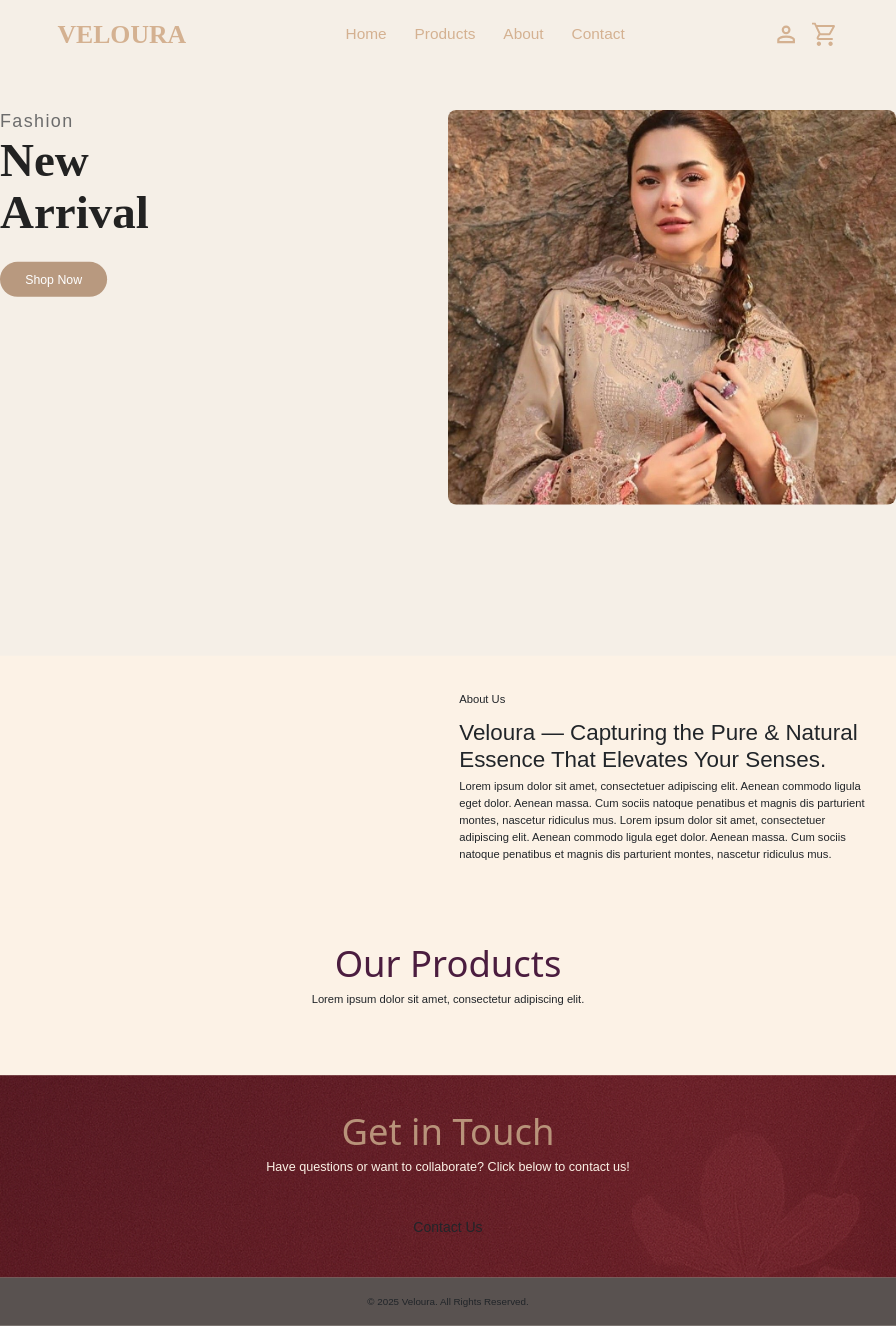
Repository: ayeshatehreem77/Clothing-store
Page: / (app in perfumes-app/)
These files come from the project's save history. The page is drawn as it stood at one moment and after the next save; the edit follows.
The browser window is 1280 px wide. The pictures show the whole page, at 70% of full size.
Pictures or frames that could not be fetched are drawn as grey boxes. The page's requests for data from a server got no answer. The project was rebuilt for these pictures with package versions that can differ from the ones it lists, and the page was loaded fresh each time. No one was signed in, and anything a server would have sent is missing. Also part of the build but not shown: perfumes-app/src/components/Alert.js.

Above is the page before, as saved 2025-10-28 23:31:09.

### perfumes-app/public/index.html
<!DOCTYPE html>
<html lang="en">
  <head>
    <meta charset="utf-8" />
    <link rel="icon" href="%PUBLIC_URL%/favicon.ico" />
    <meta name="viewport" content="width=device-width, initial-scale=1" />
    <meta name="theme-color" content="#000000" />
    <meta
      name="description"
      content="Web site created using create-react-app"
    />
    <link rel="apple-touch-icon" href="%PUBLIC_URL%/logo192.png" />
    <!--
      manifest.json provides metadata used when your web app is installed on a
      user's mobile device or desktop. See https://developers.google.com/web/fundamentals/web-app-manifest/
    -->
    <link rel="manifest" href="%PUBLIC_URL%/manifest.json" />
    <!--
      Notice the use of %PUBLIC_URL% in the tags above.
      It will be replaced with the URL of the `public` folder during the build.
      Only files inside the `public` folder can be referenced from the HTML.

      Unlike "/favicon.ico" or "favicon.ico", "%PUBLIC_URL%/favicon.ico" will
      work correctly both with client-side routing and a non-root public URL.
      Learn how to configure a non-root public URL by running `npm run build`.
    -->
    <title>Veloura</title>
  </head>
  <body>
    <noscript>You need to enable JavaScript to run this app.</noscript>
    <div id="root"></div>
    <!--
      This HTML file is a template.
      If you open it directly in the browser, you will see an empty page.

      You can add webfonts, meta tags, or analytics to this file.
      The build step will place the bundled scripts into the <body> tag.

      To begin the development, run `npm start` or `yarn start`.
      To create a production bundle, use `npm run build` or `yarn build`.
    -->
  </body>
</html>

### perfumes-app/src/index.js
import React from 'react';
import ReactDOM from 'react-dom/client';
import './index.css';
import 'bootstrap/dist/css/bootstrap.min.css';
import 'bootstrap/dist/js/bootstrap.bundle.min.js';
import App from './App';
import reportWebVitals from './reportWebVitals';
import { AuthProvider } from './context/AuthContext';

const root = ReactDOM.createRoot(document.getElementById('root'));
root.render(
  <React.StrictMode>
    <AuthProvider>
    <App />
    </AuthProvider>
  </React.StrictMode>
);

// If you want to start measuring performance in your app, pass a function
// to log results (for example: reportWebVitals(console.log))
// or send to an analytics endpoint. Learn more: https://bit.ly/CRA-vitals
reportWebVitals();

### perfumes-app/src/context/AuthContext.js
// src/context/AuthContext.js
import React, { createContext, useState, useEffect } from "react";
import axios from "axios";

export const AuthContext = createContext();

export const AuthProvider = ({ children }) => {
  const [user, setUser] = useState(null);

  // ✅ Fetch user details from backend using token
  const fetchUser = async () => {
    const token = localStorage.getItem("token");
    if (!token) return;

    try {
      const res = await axios.get("http://localhost:4000/auth/user", {
        headers: { Authorization: `Bearer ${token}` },
      });
      setUser(res.data); // { userId, email, role }
    } catch (err) {
      console.error("Failed to fetch user:", err);
      localStorage.removeItem("token");
      setUser(null);
    }
  };

  // ✅ Auto-fetch user on first render (if token exists)
  useEffect(() => {
    fetchUser();
  }, []);

  // ✅ Handle login
  const login = async (email, password) => {
    try {
      const res = await axios.post("http://localhost:4000/auth/login", {
        email,
        password,
      });

      // backend returns { authToken: "..." }
      const token = res.data.authToken;
      if (!token) throw new Error("No token returned");

      localStorage.setItem("token", token);
      await fetchUser(); // instantly update user

      return true; // success
    } catch (err) {
      console.error("Login error:", err.response?.data || err.message);
      throw err.response?.data?.message || "Login failed";
    }
  };

  // ✅ Handle logout
  const logout = () => {
    localStorage.removeItem("token");
    setUser(null);
  };

  return (
    <AuthContext.Provider value={{ user, login, logout, fetchUser }}>
      {children}
    </AuthContext.Provider>
  );
};

### perfumes-app/src/App.css
body {
  font-family: 'Poppins', sans-serif;
  background-color: #FCF2E6;
}

html {
  scroll-behavior: smooth;
}


.veloura-logo {
  font-family: 'Playfair Display', serif;
  font-size: 2.3rem;
  color: #D4B191 !important;
}

.navbar {
  background: transparent !important;
}

button.navbar-toggler {
  border: none !important;
}

.navbar-toggler-icon {
  background-image: url("data:[embedded picture, 222 characters]");
}



.nav-link {
  color: #D4B191 !important;
  font-size: 22px;
}

.hero-section {
  background-color: #f5efe7;
  min-height: 100vh;
  display: flex;
  flex-direction: column;
  font-family: "Poppins", sans-serif;
}

/* =============== HERO LAYOUT =============== */
.hero-layout {
 display: flex;
    justify-content: center;
    align-items: flex-start;
    width: 100%;
    max-width: 1400px;
    height: 100vh;
    margin: 60px 0;

}

/* ---------- Left Section ---------- */
.hero-left {
  flex: 1;
  position: relative;
}

.main-image {
  width: 100%;
  height: 564px;
  border-radius: 12px;
  overflow: hidden; /* ✅ ensures image stays inside box */
  position: relative;
  background-color: #93c5fd;
}

/* Make image fill box properly */
.main-image img {
  width: 100%;
  height: 100%;
  object-fit: cover; /* ✅ maintains aspect ratio without stretching */
  object-position: center;
  display: block;
}


.side-handle {
  position: absolute;
  left: -50px;
  bottom: 50%;
  transform: rotate(-90deg);
  font-size: 14px;
  color: #555;
  letter-spacing: 2px;
}

/* ---------- Right Section ---------- */
.hero-right {
  flex: 1;
  display: flex;
  flex-direction: column;
  justify-content: space-between;
  gap: 2rem;
}

/* Text Area */
.hero-text h2 {
  font-size: 1.6rem;
  color: #6c6c6c;
  margin-bottom: 5px;
  letter-spacing: 2px;
}

.hero-text h1 {
  font-family: "Playfair Display", serif;
  font-size: 4.2rem;
  font-weight: 700;
  color: #222;
  line-height: 1.1;
}

.shop-btn {
  background-color: #b8997f;
  color: white;
  border: none;
  padding: 12px 36px;
  border-radius: 40px;
  font-size: 1.1rem;
  margin-top: 25px;
  cursor: pointer;
  transition: background-color 0.3s ease;
}

.shop-btn:hover {
  background-color: #a3846d;
}

/* Small Image Grid */
.image-grid {
  display: grid;
  grid-template-columns: repeat(2, 1fr);
  gap: 20px;
}

.small-box {
  height: 200px;
  background-color: #93c5fd;
  border-radius: 12px;
}

/* =============== RESPONSIVE DESIGN =============== */
@media (max-width: 992px) {
  .hero-layout {
    flex-direction: column;
    text-align: center;
  }

  .side-handle {
    display: none;
  }

  .hero-text h1 {
    font-size: 3rem;
  }

  .main-image {
    height: 400px;
  }
}


.products-section h2 {
  font-family: "Libertinus Serif Display", system-ui;
  font-weight: 400;
  font-style: normal;
  font-size: 52px;
  color: #4B1D3F;
}

.product-card {
  transition: all 0.3s ease-in-out;
  border-radius: 10px;
  background: transparent;
}

.card-img {
  border-radius: 10px;
  /* background: #FCF2E6; */
  background: #4B1D3F;
}

.product-card:hover {
  transform: translateY(-5px);
}

.card-text,
.card-title {
  font-size: 23px;
  color: #4B1D3F;
}

/* about us */

.aboutus {
  display: grid;
  grid-template-columns: 1fr 1fr;
  gap: 2rem;
  align-items: center;
  padding: 2rem;
  background: #FCF2E6;
}

.right-section video {
  width: 70%;
  max-height: 80vh;
  height: 100%;
  object-fit: cover;
  display: block;
}

/* product details */


.modal-header p {
  font-size: 14px;
  color: #451b277a;
}

.product-img {
  width: 100%;
  border-radius: 10px;
}

.product-title {
  font-family: "Libertinus Serif Display", system-ui;
  font-weight: 400;
  font-style: normal;
  font-size: 36px;
  color: #4B1D3F;
}



.modal-content {
  background: #FCF2E6 !important;
  margin: auto !important;
  height: 98vh;
  overflow: hidden;
}

.breadcrumb-item a {
  text-decoration: none !important;
  color: black !important;
}

.modal-dialog {
  max-width: 900px;
  display: flex;
  align-items: center;
  justify-content: center;
  min-height: calc(100vh - 2rem); /* keeps it centered */
}

/* Optional - pretty scrollbar inside modal */
.modal-content::-webkit-scrollbar {
  width: 8px;
}
.modal-content::-webkit-scrollbar-thumb {
  background: #d4b191;
  border-radius: 10px;
}
.modal-content::-webkit-scrollbar-thumb:hover {
  background: #b8937a;
}

.modal-body {
  padding: 2rem !important;
}

.gender,
.concentration {
  background-color: #D4B191;
  border-radius: 21%;
  padding: 6px 11px;
  margin-bottom: 5px;
}

.add-cart-btn {
  margin-top: 1rem;
  background-color: #D4B191;
  padding: 10px 25px;
  color: #451B27;
  font-weight: 600;
}

.product-detail {
  margin-top: 0;
  margin-bottom: 1rem;
  font-size: 13px;
  color: #8b745e;
}

.btn-close:focus {
  box-shadow: none !important;
  outline: none !important;
}

/* contact us */

.contact-us {
  background-image: url("Assets/contactus2-bg.png");
  background-position: center;
  background-repeat: no-repeat;
  background-size: cover;
}

.contact-section h2 {
  font-family: "Libertinus Serif Display", system-ui;
  font-weight: 400;
  font-style: normal;
  font-size: 52px;
  color: #b8937a;
  text-align: center;
}

.contact-section p {
  font-size: 18px;
  color: #FCF2E6;
  /* accent purple */
  margin-bottom: 3rem;
  text-align: center;
}

.contact-form {
  max-width: 600px;
  margin: 0 auto;
  display: grid;
  gap: 1.5rem;
}

.contact-form input,
.contact-form textarea {
  padding: 1rem 1.2rem;
  border: 2px solid #D4B191;
  /* brand pink/gold */
  border-radius: 10px;
  font-size: 16px;
  width: 100%;
  outline: none;
  transition: border 0.3s, box-shadow 0.3s;
}

.contact-form input:focus,
.contact-form textarea:focus {
  border-color: #5E1E27;
  /* pink highlight */
  box-shadow: 0 0 10px rgba(252, 65, 90, 0.2);
}

.contact-form button {
  background-color: #D4B191;
  color: #451B27;
  padding: 1rem 2.5rem;
  font-size: 18px;
  font-weight: 600;
  border: none;
  border-radius: 10px;
  cursor: pointer;
  transition: transform 0.3s, background 0.3s;
}

.contact-form button:hover {
  background-color: #5E1E27;
  color: #fff;
  transform: scale(1.05);
}

/* Responsive */
@media (max-width: 768px) {
  .contact-form {
    gap: 1rem;
  }

  .contact-section h2 {
    font-size: 36px;
  }

  .contact-section p {
    font-size: 16px;
  }
}

/* Copyright */

footer {
  position: relative;
  bottom: 0;
  width: 100%;
  background-color: #0b0708ac;
}

/* login modal */

.auth-modal-content {
  background-color: #fdf7f2 !important;
  border-radius: 16px;
  border: none;
  box-shadow: 0 4px 20px rgba(0, 0, 0, 0.1);
  height: 90vh !important;
  width: 70%;
}

.auth-title {
  color: #4c0d23;
  font-weight: 700;
}

.auth-login-btn {
  background-color: #4c0d23;
  color: #fff;
  border-radius: 12px;
  transition: background-color 0.3s ease;
}

.auth-login-btn:hover {
  background-color: #300818;
}

.auth-signup-btn {
  border: 2px solid #b8860b;
  color: #b8860b;
  border-radius: 12px;
  background-color: transparent;
  transition: all 0.3s ease;
}

.auth-signup-btn:hover {
  background-color: #b8860b;
  color: #fff;
}

.auth-forgot-link {
  color: #4c0d23;
  text-decoration: none;
  font-weight: 500;
}

.auth-forgot-link:hover {
  text-decoration: underline;
}

.authfade-enter {
  opacity: 0;
  transform: translateY(10px);
}
.authfade-enter-active {
  opacity: 1;
  transform: translateY(0);
  transition: opacity 300ms ease, transform 300ms ease;
}
.authfade-exit {
  opacity: 1;
  transform: translateY(0);
}
.authfade-exit-active {
  opacity: 0;
  transform: translateY(-10px);
  transition: opacity 300ms ease, transform 300ms ease;
}

### perfumes-app/src/components/Aboutus.js
import React, { useEffect, useRef } from 'react';

function Aboutus() {
  const videoRef = useRef(null);

  useEffect(() => {
    if (videoRef.current) {
      const playPromise = videoRef.current.play();
      if (playPromise !== undefined) {
        playPromise.catch((error) => {
          console.log("Autoplay prevented:", error);
        });
      }
    }
  }, []);

  return (
    <div id='about' className="aboutus" style={{  }}>
      <div className="right-section">
        <video
          ref={videoRef}
          autoPlay
          muted
          loop
          playsInline
          style={{ width: "100%", height: "auto", borderRadius: "12px", objectFit: "cover" }}
        >
          <source src="/assets/aboutusvideo.mp4" type="video/mp4" />
          Your browser does not support the video tag.
        </video>
      </div>
      <div className="left-section">
        <p>About Us</p>
        <h2>
          Veloura — Capturing the Pure & Natural Essence That Elevates Your Senses.
        </h2>
        <p>Lorem ipsum dolor sit amet, consectetuer adipiscing elit. Aenean commodo ligula eget dolor. Aenean massa. Cum sociis natoque penatibus et magnis dis parturient montes, nascetur ridiculus mus. Lorem ipsum dolor sit amet, consectetuer adipiscing elit. Aenean commodo ligula eget dolor. Aenean massa. Cum sociis natoque penatibus et magnis dis parturient montes, nascetur ridiculus mus. </p>
      </div>
    </div>
  );
}

export default Aboutus;

### perfumes-app/src/components/ContactForm.js
import React from 'react'

function ContactForm() {
  return (
    <div className='contact-us align-center text-center'>
        <div className='contact-section pt-5'>
      <h2>
        Get in Touch
      </h2>
      <p>
        Have questions or want to collaborate? Click below to contact us!
      </p>
        </div>
      <button
        type="button"
        className="btn btn-lg shopnow-btn mb-5 mt-0"
        data-bs-toggle="modal"
        data-bs-target="#contactModal"
      >
        Contact Us
      </button>
    </div>
  )
}

export default ContactForm

### perfumes-app/src/components/Footer.js
import React from "react";

function Footer() {
  const year = new Date().getFullYear();

  return (
    <footer
      className="text-center py-4"
    >
      <p style={{ margin: 0, fontSize: "14px" }}>
        &copy; {year} Veloura. All Rights Reserved.
      </p>
    </footer>
  );
}

export default Footer;

### perfumes-app/src/components/Hero.js
import React from "react";
import Navbar from "./Navbar";

function Hero() {
  return (
    <div className="hero-section">
      <Navbar />

      <div className="hero-layout">
        {/* Left Main Image Box */}
        <div className="hero-left">
          <div className="hero-text">
            <h2>Fashion</h2>
            <h1>
              New <br /> Arrival
            </h1>
            <button className="shop-btn">Shop Now</button>
          </div>
        </div>

        {/* Right Side Content */}
        <div className="hero-right">
          <div className="main-image">
            <img src="assets/hero-img1.jpg" alt="" />
          </div>
        </div>
      </div>
    </div>
  );
}

export default Hero;

### perfumes-app/src/components/Products.js
import React, { useEffect, useState } from "react";

function Products({ setSelectedProduct }) {
  const [products, setProducts] = useState([]);
  const [loading, setLoading] = useState(true);

  useEffect(() => {
    const fetchProducts = async () => {
      try {
        const res = await fetch("http://localhost:4000/products");
        const data = await res.json();
        setProducts(data.data || data);
      } catch (error) {
        console.error("Failed to fetch products:", error);
      } finally {
        setLoading(false);
      }
    };

    fetchProducts();
  }, []);

  if (loading) return <p className="text-center">Loading products...</p>;

  return (
    <div id="products" className="products-section py-5">
      <div className="container w-75">
        <div className="product-text text-center mb-5">
          <h2>Our Products</h2>
          <p className="mx-5 mb-5">
            Lorem ipsum dolor sit amet, consectetur adipiscing elit.
          </p>
        </div>

        <div className="row">
          {products.map((product) => (
            <div className="col-md-4 mb-4" key={product._id}>
              <div
                className="card border-0 product-card h-100"
                data-bs-toggle="modal"
                data-bs-target="#productsDetails"
                onClick={() => setSelectedProduct(product)}
              >
                <img
                  src={`http://localhost:4000${product.images?.[0]?.url}`}
                  className="card-img card-img-top"
                  alt={product.name}
                />
                <div className="card-body text-center">
                  <h5 className="card-title">{product.name}</h5>
                  <p className="card-text">${product.price}</p>
                </div>
              </div>
            </div>
          ))}
        </div>
      </div>
    </div>
  );
}

export default Products;

### perfumes-app/src/components/Navbar.js
import React, { useContext } from "react";
import { AuthContext } from "../context/AuthContext";

function Navbar() {
  const { user, logout } = useContext(AuthContext);

  return (
    <nav className="navbar navbar-expand-lg py-3">
      <div className="container d-flex justify-content-between align-items-center">
        <a className="navbar-brand fw-bold text-uppercase veloura-logo" href="/">
          Veloura
        </a>

        <ul className="navbar-nav mx-auto d-lg-flex flex-row gap-4">
          <li className="nav-item"><a className="nav-link" href="/">Home</a></li>
          <li className="nav-item"><a className="nav-link" href="#products">Products</a></li>
          <li className="nav-item"><a className="nav-link" href="#about">About</a></li>
          <li className="nav-item">
            <a className="nav-link" href="/" data-bs-toggle="modal" data-bs-target="#contactModal">Contact</a>
          </li>
        </ul>

        <div className="d-none d-lg-flex align-items-center gap-3">
            <a
              className="nav-link p-0"
              href="#"
              data-bs-toggle="modal"
              data-bs-target="#authModal"
            >
              <svg xmlns="http://www.w3.org/2000/svg" height="38px" viewBox="0 -960 960 960" width="38px" fill="#D4B191"><path d="M480-480q-66 0-113-47t-47-113q0-66 47-113t113-47q66 0 113 47t47 113q0 66-47 113t-113 47ZM160-160v-112q0-34 17.5-62.5T224-378q62-31 126-46.5T480-440q66 0 130 15.5T736-378q29 15 46.5 43.5T800-272v112H160Zm80-80h480v-32q0-11-5.5-20T700-306q-54-27-109-40.5T480-360q-56 0-111 13.5T260-306q-9 5-14.5 14t-5.5 20v32Zm240-320q33 0 56.5-23.5T560-640q0-33-23.5-56.5T480-720q-33 0-56.5 23.5T400-640q0 33 23.5 56.5T480-560Zm0-80Zm0 400Z" /></svg>
            </a>

          <a
            href="#"
            className="nav-link"
            data-bs-toggle="modal"
            data-bs-target="#cartModal"
          >
            <svg xmlns="http://www.w3.org/2000/svg" height="40px" viewBox="0 -960 960 960" width="40px" fill="#D4B191"><path d="M284.53-80.67q-30.86 0-52.7-21.97Q210-124.62 210-155.47q0-30.86 21.98-52.7Q253.95-230 284.81-230t52.69 21.98q21.83 21.97 21.83 52.83t-21.97 52.69q-21.98 21.83-52.83 21.83Zm400 0q-30.86 0-52.7-21.97Q610-124.62 610-155.47q0-30.86 21.98-52.7Q653.95-230 684.81-230t52.69 21.98q21.83 21.97 21.83 52.83t-21.97 52.69q-21.98 21.83-52.83 21.83ZM238.67-734 344-515.33h285.33l120-218.67H238.67ZM206-800.67h589.38q22.98 0 34.97 20.84 11.98 20.83.32 41.83L693.33-490.67q-11 19.34-28.87 30.67-17.87 11.33-39.13 11.33H324l-52 96h487.33V-286H278q-43 0-63-31.83-20-31.84-.33-68.17l60.66-111.33-149.33-316H47.33V-880h121.34L206-800.67Zm138 285.34h285.33H344Z"/></svg>
          </a>
        </div>
      </div>
    </nav>
  );
}

export default Navbar;

Loaded but not shown: perfumes-app/src/index.css (common file); perfumes-app/src/reportWebVitals.js (common file); perfumes-app/src/components/Login.js (294 lines, source omitted); perfumes-app/src/components/ProductsDetails.js (160 lines, source omitted); perfumes-app/src/components/AddToCart.js (158 lines, source omitted); perfumes-app/src/components/ContactModal.js (121 lines, source omitted); perfumes-app/src/App.js (116 lines, source omitted)

After the next save:
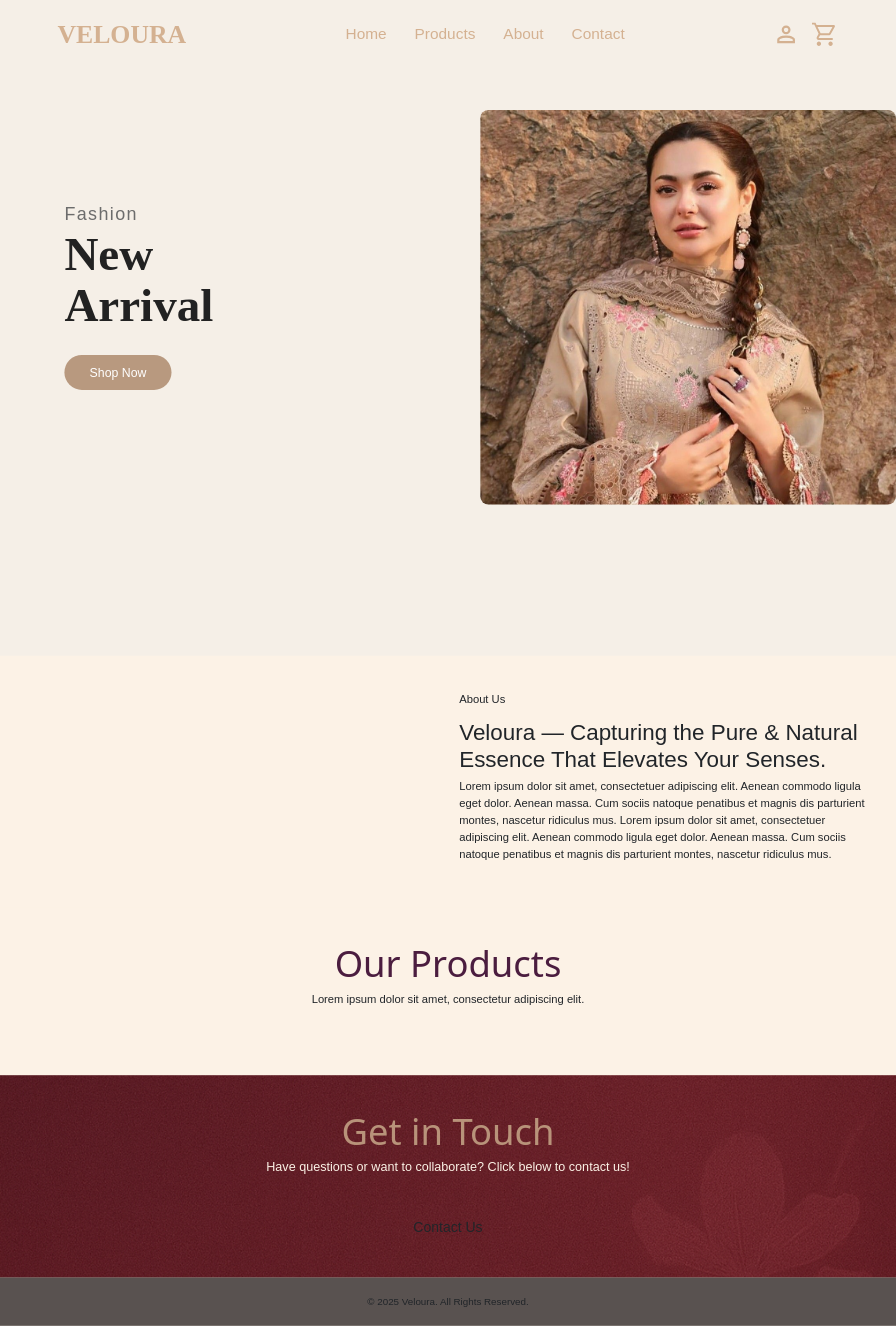
Saved 4 min 35 s later.
--- a/perfumes-app/src/App.css
+++ b/perfumes-app/src/App.css
@@ -55,8 +55,9 @@ button.navbar-toggler {
 
 /* ---------- Left Section ---------- */
 .hero-left {
-  flex: 1;
-  position: relative;
+    flex: 1 1;
+    position: relative;
+    margin: 133px 0px 0 92px;
 }
 
 .main-image {
